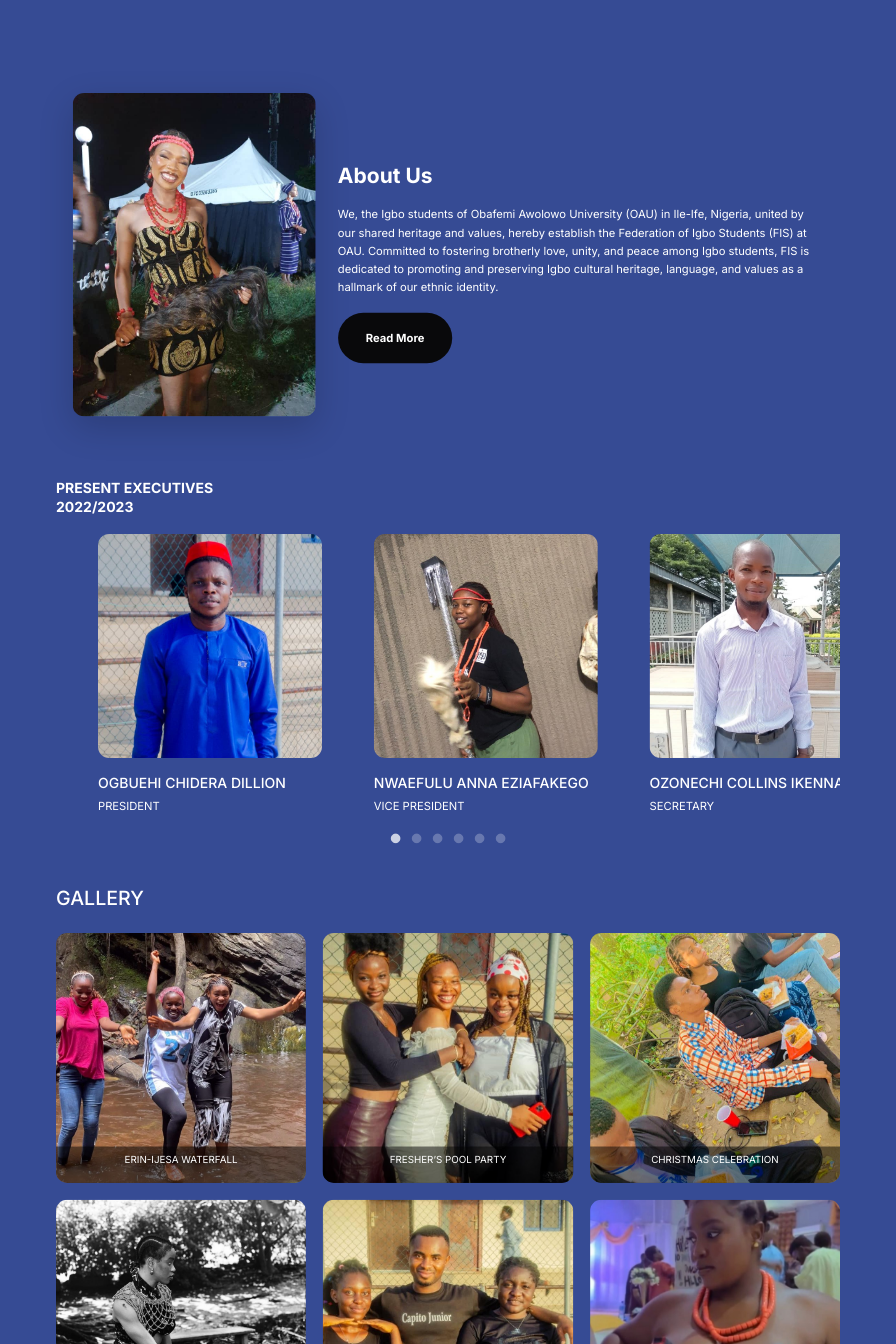
Repository: akinolapo/fis
Page: /
The author's editor kept a copy of each file at every save. The page is drawn from the files as they stood at one save, then again after the next save.
The browser window is 1280 px wide. The pictures show the part of the page from y = 997 to 2917 px (the page is 3364 px tall), at 70% of full size.
The project was rebuilt for these pictures with package versions that can differ from the ones it lists, and the page was loaded fresh each time. The framework's server and built-in components were replaced by stand-ins that run in the browser. Also part of the build but not shown: next.config.mjs.

Above is the page before, as saved 2024-05-06 23:05:25.

### app/layout.tsx
import type { Metadata } from "next";
import { Inter } from "next/font/google";
import "./globals.css";
import Header from "./components/Header/Header";
import Head from "next/head";
import Footer from "./components/Footer/Footer";
import { NavMobile } from "./components/Header/MobileNav/NavMobile";



const inter = Inter({ subsets: ["latin"] });

export const metadata: Metadata = {
  title: "Federation of Igbo Student OAU",
  description: "Federation of Igbo Student OAU",
};

export default function RootLayout({
  children,
}: Readonly<{
  children: React.ReactNode;
}>) {
  return (
    <html lang="en">
       <Head>
        <meta charSet="utf-8" />
        <meta name="viewport" content="width=device-width, initial-scale=1" />
        <meta name="theme-color" content="#ffffff" />
        <link rel="manifest" href="/site.webmanifest" />
        <link rel="icon" href="/favicon.ico" />
        {/* Add any other meta tags you need */}
      </Head>
      <body className={inter.className}>
        <main className="px-6 lg:px-20">
        <Header/>
        <NavMobile/>
        {children}
        </main>
        <Footer/>
        </body>
    </html>
  );
}

### app/page.tsx
import About from "./components/About/About";
import Excos from "./components/Excos/Excos";
import Gallery from "./components/Gallery/Gallery";
import Hero from "./components/Hero/Hero";

export default function Home() {
  return (
    <main>
      <Hero
        title="Welcome to the Federation of Igbo Students"
        subtitle="Empowering Tomorrow's Leaders, Preserving Igbo Heritage"
      />
      <About/>
      <Excos/>
      <Gallery/>
    </main>
  );
}

### app/globals.css
@tailwind base;
@tailwind components;
@tailwind utilities;z

*{
  margin: 0;
  padding: 0;
}

.bg-myDarkColor{
  background-color: #364B94;
}

.bg-myLightColor{
  background-color: #4A5AA1;
}

body {
  background: #364B94 !important;
  color: #ffffff !important;
}

footer{
  background: #4A5AA1 !important;
}

a {
  text-decoration: none !important;
  color: #ffffff !important;
}

footer a:hover{
  color: rgb(156 163 175);
}

@layer utilities {
  .text-balance {
    text-wrap: balance;
  }
}

### app/components/Header/Header.tsx
import Image from "next/image";

const Header = () => {
  return (
    <header className="hidden justify-between items-center py-4 text-white lg:flex">
      {/* Logo and Site Title */}
      <div className="flex items-center">
        <Image src="/logo.png" alt="Logo" width={60} height={60} className="mr-2"  />
        <h1 className="text-lg font-bold">Federation of <br></br>Igbo Student<br></br> OAU</h1>
      </div>

      {/* Menu */}
      <nav className="flex justify-center flex-grow">
        <ul className="flex gap-1">
          <a href="/"><li className="cursor-pointer hover:text-gray-400 p-8">Home</li></a>
          <a href="/about"><li className="cursor-pointer hover:text-gray-400 p-8">About Us</li></a>
          <a href="/gallery"><li className="cursor-pointer hover:text-gray-400 p-8">Gallery</li></a>
          <a href="/executive"><li className="cursor-pointer hover:text-gray-400 p-8">Executive</li></a>
          <a href="contact"><li className="cursor-pointer hover:text-gray-400 p-8">Contact Us</li></a>
        </ul>
      </nav>

      {/* Join Us Button */}
      <button className="rounded-full py-4 px-10 bg-zinc-950 hover:bg-black text-white">
        Join Us
      </button>
    </header>
  );
};

export default Header;

### app/components/Footer/Footer.tsx
// Footer.tsx

import { FaTwitter, FaInstagram, FaEnvelope } from "react-icons/fa";

const Footer = () => {
  return (
    <footer className="text-white py-6">
      <div className="container mx-auto flex flex-col md:flex-row justify-between items-center">
        {/* Left section with logo, site title, and contact info */}
        <div className="flex items-center mb-4 md:mb-0">
          <img src="/logo.png" alt="Logo" className="h-20 mr-2" />
          <div className="text-lg font-bold">Federation of Igbo Student OAU</div>
        </div>
        <div>
          {/* <h3>Contact Us</h3> */}
          <div className="flex flex-col">
            <div className="flex items-center mt-1">
              <a
                href="https://twitter.com/"
                target="_blank"
                rel="noopener noreferrer"
                className="mr-2 text-white bg-primary p-2 rounded-full"
              >
                <FaTwitter className="text-xl" />
              </a>
              <a
                href="https://www.instagram.com/"
                target="_blank"
                rel="noopener noreferrer"
                className="mr-2 text-white bg-primary p-2 rounded-full"
              >
                <FaInstagram className="text-xl" />
              </a>
              <a
                href="mailto:example@example.com"
                target="_blank"
                rel="noopener noreferrer"
                className="text-white bg-primary p-2 rounded-full"
              >
                <FaEnvelope className="text-xl" />
              </a>
            </div>
          </div>
        </div>

        {/* Right section with site menu items */}
        <div className="md:hidden mt-4">
          <ul className="flex flex-wrap justify-center">
            <li className="mr-4 mb-2">
              <a href="/">Home</a>
            </li>
            <li className="mr-4 mb-2">
              <a href="/about">About</a>
            </li>
            <li className="mr-4 mb-2">
              <a href="/gallery">Gallery</a>
            </li>
            <li className="mr-4 mb-2">
              <a href="executive">Excecutive</a>
            </li>
            <li className="mb-2">
              <a href="contact">Contact</a>
            </li>
          </ul>
        </div>
        {/* Right section with site menu items */}
        <div className="hidden md:block">
          <ul className="flex">
            <li className="mr-4">
              <a href="#">Home</a>
            </li>
            <li className="mr-4">
              <a href="#">About</a>
            </li>
            <li className="mr-4">
              <a href="#">Services</a>
            </li>
            <li className="mr-4">
              <a href="#">Gallery</a>
            </li>
            <li>
              <a href="#">Contact</a>
            </li>
          </ul>
        </div>
      </div>
    </footer>
  );
};

export default Footer;

### app/components/Header/MobileNav/NavMobile.tsx
'use client'

import { useClickAway } from "react-use";
import { useRef } from "react";
import { useState } from "react";
import { AnimatePresence, motion } from "framer-motion";
import { Squash as Hamburger } from "hamburger-react";
import { routes } from "./routes";
import Image from "next/image";

export const NavMobile = () => {
  const [isOpen, setOpen] = useState(false);
  const ref = useRef(null);

  useClickAway(ref, () => setOpen(false));

  return (
    <div ref={ref} className="flex items-center justify-between py-2 lg:hidden">
      <Image src="/logo.png" alt="Logo" width={60} height={60} className="mr-2"  />
      <Hamburger toggled={isOpen} size={20} toggle={setOpen} />
      <AnimatePresence>
        {isOpen && (
          <motion.div
            initial={{ opacity: 0 }}
            animate={{ opacity: 1 }}
            exit={{ opacity: 0 }}
            transition={{ duration: 0.2 }}
            className="fixed z-20 bg-myDarkColor left-0 shadow-4xl right-0 top-[4.5rem] p-4"
          >
            <ul className="grid gap-2">
              {routes.map((route, idx) => {

                return (
                  <motion.li
                    initial={{ scale: 0, opacity: 0 }}
                    animate={{ scale: 1, opacity: 1 }}
                    transition={{
                      type: "spring",
                      stiffness: 260,
                      damping: 20,
                      delay: 0.1 + idx / 10,
                    }}
                    key={route.title}
                    className="w-full p-[0.08rem] rounded-xl bg-primary "
                  >
                    <a
                      onClick={() => setOpen((prev) => !prev)}
                      className={
                        "flex items-center justify-between w-full p-3 rounded-xl bg-myLightColor text-white"
                      }
                      href={route.href}
                    >
                      <span className="flex gap-1 text-lg">{route.title}</span>
                    </a>
                  </motion.li>
                );
              })}
            </ul>
          </motion.div>
        )}
      </AnimatePresence>
    </div>
  );
};

### app/components/About/About.tsx
import Image from "next/image";


const About = () => {
  return (
    <div className="flex flex-col md:flex-row items-center justify-center md:justify-start px-4 py-8 md:py-16">
      <div className="md:w-1/3 mr-0 md:mr-8 mb-4 md:mb-0">
        <Image
          src="/images/about.jpeg"
          alt="About Image"
          className="w-full h-auto shadow-lg rounded-2xl"
          width={339}
          height={339}
        />
      </div>
      <div className="md:w-2/3">
        <h2 className="text-2xl md:text-3xl font-bold mb-4">About Us</h2>
        <p className="leading-relaxed mb-4">
        We, the Igbo students of Obafemi Awolowo University (OAU) in Ile-Ife, Nigeria, united by our shared heritage and values, hereby establish the Federation of Igbo Students (FIS) at OAU. Committed to fostering brotherly love, unity, and peace among Igbo students, FIS is dedicated to promoting and preserving Igbo cultural heritage, language, and values as a hallmark of our ethnic identity.
        </p>
        <button className="bg-zinc-950 hover:bg-black text-white font-bold py-4 px-10 rounded-full focus:outline-none focus:shadow-outline">
          Read More
        </button>
      </div>
    </div>
  );
};

export default About;

### app/components/Excos/Excos.tsx
import React from 'react'
import Members from '../Slider/Members'

const Excos = () => {
  return (
    <div>
        <h3 className="font-bold text-xl mb-4">PRESENT EXECUTIVES<br></br> 2022/2023</h3>
        <Members/>
    </div>
  )
}

export default Excos

### app/components/Gallery/Gallery.tsx
"use client";

// Gallery.tsx

import React, { useState } from "react";
import Image from "next/image";

// Sample data for gallery images with captions
const galleryImages = [
  { src: "/images/gallery1.jpeg", caption: "ERIN-IJESA WATERFALL" },
  { src: "/images/gallery2.jpeg", caption: "FRESHER’S POOL PARTY" },
  { src: "/images/gallery3.jpeg", caption: "CHRISTMAS CELEBRATION" },
  { src: "/images/gallery4.jpeg", caption: "MEMBER" },
  { src: "/images/gallery5.jpeg", caption: "MEMBER" },
  { src: "/images/gallery6.jpeg", caption: "MEMBER" },
  // Add more images with captions here
];

const Gallery = () => {
  const [selectedImage, setSelectedImage] = useState("");
  const [currentIndex, setCurrentIndex] = useState(0);

  // Function to handle image click
  const handleImageClick = (image: string, index: number) => {
    setSelectedImage(image);
    setCurrentIndex(index);
  };

  // Function to handle next image click
  const handleNext = () => {
    if (currentIndex < galleryImages.length - 1) {
      setCurrentIndex(currentIndex + 1);
      setSelectedImage(galleryImages[currentIndex + 1].src);
    }
  };

  // Function to handle previous image click
  const handlePrev = () => {
    if (currentIndex > 0) {
      setCurrentIndex(currentIndex - 1);
      setSelectedImage(galleryImages[currentIndex - 1].src);
    }
  };

  // Function to close the full-size image view
  const handleClose = () => {
    setSelectedImage("");
  };

  return (
    <div className="py-5">
      <h3 className="mb-8">GALLERY</h3>
      <div className="grid grid-cols-1 md:grid-cols-2 lg:grid-cols-3 gap-4">
        {galleryImages.map((image, index) => (
          <div key={index} onClick={() => handleImageClick(image.src, index)}>
            <div className="relative">
              <Image
                src={image.src}
                alt={`Image ${index}`}
                width={500}
                height={500}
                className="rounded-2xl"
              />
              <div className="absolute inset-x-0 bottom-0 bg-black bg-opacity-50 text-white p-2 rounded-b-2xl">
                <p className="text-sm text-center">{image.caption}</p>
              </div>
            </div>
          </div>
        ))}

        {/* Full-size image modal */}
        {selectedImage && (
          <div
            className="fixed top-0 left-0 w-full h-full bg-gray-900 bg-opacity-75 flex justify-center items-center z-10"
            onClick={handleClose}
          >
            <div className="relative" onClick={(e) => e.stopPropagation()}>
              <button
                className="absolute top-4 right-4 bg-black bg-opacity-50 text-white text-lg p-2 rounded-full"
                onClick={handleClose}
              >
                Close
              </button>
              <Image
                src={selectedImage}
                alt={`Image ${currentIndex}`}
                width={600}
                height={600}
              />
              {currentIndex > 0 && (
                <button
                  className="absolute top-1/2 left-4 transform -translate-y-1/2 text-white text-xl"
                  onClick={handlePrev}
                >
                  &lt;
                </button>
              )}
              {currentIndex < galleryImages.length - 1 && (
                <button
                  className="absolute top-1/2 right-4 transform -translate-y-1/2 text-white text-xl"
                  onClick={handleNext}
                >
                  &gt;
                </button>
              )}
              <div className="absolute bottom-4 left-0 right-0 text-white text-center">
                <p className="text-lg">{galleryImages[currentIndex].caption}</p>
              </div>
            </div>
          </div>
        )}
      </div>
      <button className="bg-zinc-950 hover:bg-black text-white font-bold py-4 px-10 mt-4 rounded-full focus:outline-none focus:shadow-outline">
          See More
        </button>
    </div>
  );
};

export default Gallery;

### app/components/Hero/Hero.tsx

import Slider from "../Slider/Slider";

interface HeroProps {
  title: string;
  subtitle: string;
}

const Hero: React.FC<HeroProps> = ({ title, subtitle }) => {
  return (
    <div className="text-white py-20">
      <h2 className="text-4xl font-bold mb-4">{title}</h2>
      <p className="text-lg mb-8">{subtitle}</p>
      <Slider />
    </div>
  );
};

export default Hero;

### app/components/Header/MobileNav/routes.ts
export const routes = [
    {
      title: "Home",
      href: "/",
    },
    {
      title: "About Us",
      href: "/about",
    },
    {
      title: "Gallery",
      href: "gallery",
    },
    {
      title: "Executive",
      href: "executive",
    },
    {
      title: "Contact Us",
      href: "contact",
    },
    {
      title: "Join Us",
      href: "#",
    },
  ];

### app/components/Slider/Members.tsx
'use client'

import React from 'react';
import Slider from 'react-slick';
import 'slick-carousel/slick/slick.css';
import 'slick-carousel/slick/slick-theme.css';

import './members.css'
import Image from 'next/image';

// Sample data for members
const membersData = [
  { id: 1, name: 'OGBUEHI CHIDERA DILLION', position: 'PRESIDENT', image: '/images/member1.jpg' },
  { id: 2, name: 'NWAEFULU ANNA EZIAFAKEGO', position: 'VICE PRESIDENT', image: '/images/member2.jpg' },
  { id: 3, name: 'OZONECHI COLLINS IKENNA', position: 'SECRETARY', image: '/images/member3.jpg' },
  { id: 4, name: 'UGWUEKE DANIEL IGWEBUIKE', position: 'FINANCIAL SECRETARY', image: '/images/member4.jpg' },
  { id: 5, name: 'OGONNAYA KELVIN', position: 'DIRECTOR OF SOCIALS ', image: '/images/member5.jpg' },
  { id: 6, name: 'UCHE U. DEBORAH', position: 'PUBLIC RELATIONS OFFICER', image: '/images/member6.jpg' },
  // Add more members here
];

const Members = () => {
  const settings = {
    dots: true,
    infinite: true,
    speed: 500,
    slidesToShow: 3, // Show 3 members at a time on desktop
    slidesToScroll: 1,
    arrows: false, // Hide arrow navigation
    responsive: [
      {
        breakpoint: 1024, // Tablet
        settings: {
          slidesToShow: 2, // Show 2 members at a time on tablet
        },
      },
      {
        breakpoint: 600, // Mobile
        settings: {
          slidesToShow: 1, // Show 1 member at a time on mobile
        },
      },
    ],
  };

  return (
    <div className='relative'>
      <Slider {...settings}>
        {membersData.map((member) => (
          <div key={member.id} className='mb-10'>
            <Image src={member.image} alt={member.name} width={320} height={320} className='rounded-2xl mb-6' />
            <h5>{member.name}</h5>
            <p>{member.position}</p>
          </div>
        ))}
      </Slider>
    </div>
  );
};

export default Members;

### app/components/Slider/Slider.tsx
'use client'
import { Carousel } from 'react-bootstrap'
import Image from 'next/image'

import './slider.css'
import './bootstrap.min.css';

const Slider = () => {
  return (
    <section className="slider-head">
      <Carousel className="slider" pause={false} interval={4000}>
        <Carousel.Item className="sliderWrapper">
          <div className="slideImg">
            <Image
              src="/images/hero1.jpg"
              alt="promotion"
              width={720}
              height={480}
              className="imageOverlay"
            />
          </div>
        </Carousel.Item>

        <Carousel.Item className="sliderWrapper">
          <div className="slideImg">
            <Image
              src="/images/hero2.jpg"
              alt="promotion"
              width={720}
              height={480}
              className="imageOverlay"
            />
          </div>
        </Carousel.Item>

        <Carousel.Item className="sliderWrapper">
          <div className="slideImg">
            <Image
              src="/images/hero3.jpg"
              alt="promotion"
              width={720}
              height={480}
              className="imageOverlay"
            />
          </div>
        </Carousel.Item>
      </Carousel>
    </section>
  )
}

export default Slider

### app/components/Slider/members.css
  /* members.css */

/* Override default slider styles */
.slick-slider {
    width: 100%; /* Ensure the slider spans the full width of its container */
  }

  .slick-list {
    overflow: hidden; /* Hide overflow to prevent slider from extending beyond its container */
  }

  .slick-track {
    display: flex !important; /* Ensure the track uses flexbox layout */
  }

  .slick-slide {
    flex: 0 0 auto; /* Prevent slides from growing or shrinking */
    margin-right: 20px; /* Adjust the gap size between slides */
  }

  .slick-dots {
    position: absolute; /* Position the dots container absolutely */
    bottom: 10px; /* Adjust the vertical position as needed */
    left: 50%; /* Center the dots horizontally */
    transform: translateX(-50%); /* Center the dots horizontally */
    z-index: 1; /* Ensure dots are above the slides */
  }

  .slick-dots li {
    display: inline-block; /* Display dots horizontally */
  }

  .slick-dots li button:before {
    color: white !important; /* Change bullet dot color to white */
    font-size: 16px;
  }

  /* Adjust Image component styling */
  .Image {
    display: block;
    width: 100%;
    height: auto;
  }

### app/components/Slider/slider.css
/* slider.css */

.slider {
    position: relative;
  }


  .slideImg {
    position: relative;
  }

  .imageOverlay {
    width: 100%;
    height: auto;
    border-radius: 16px;
  }

Loaded but not shown: app/components/Slider/bootstrap.min.css (library); tailwind.config.ts (common file)

After the next save:
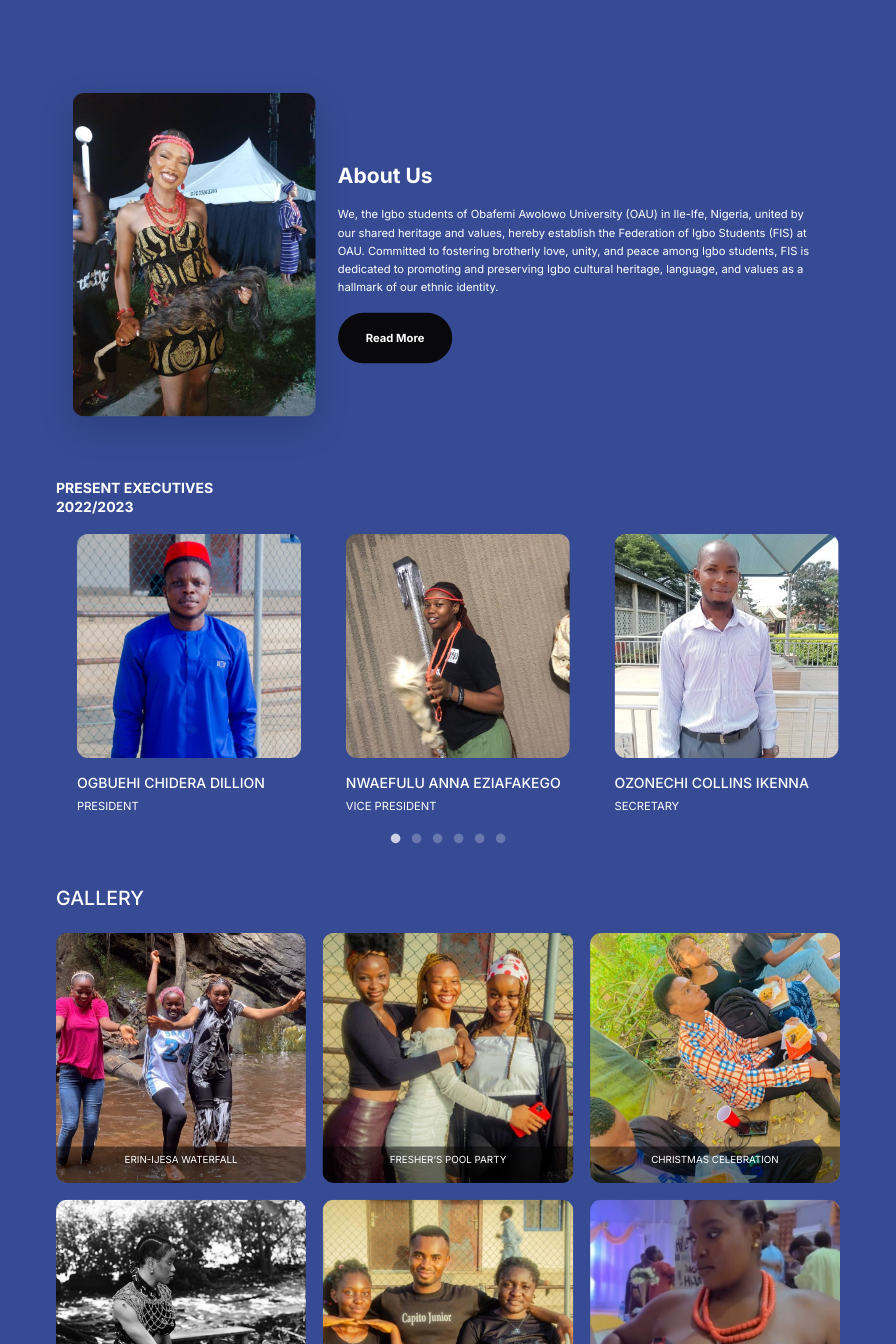
Saved 59 s later.
--- a/app/components/Slider/members.css
+++ b/app/components/Slider/members.css
@@ -15,7 +15,7 @@
 
   .slick-slide {
     flex: 0 0 auto; /* Prevent slides from growing or shrinking */
-    margin-right: 20px; /* Adjust the gap size between slides */
+    margin-right: 10px; /* Adjust the gap size between slides */
   }
 
   .slick-dots {
